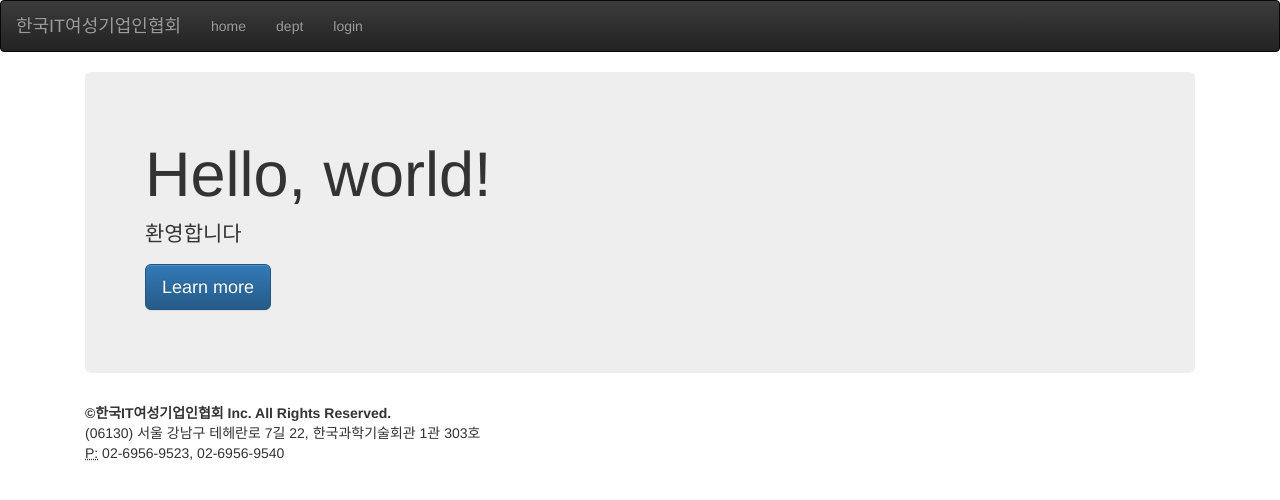
Repository: minho00123/sw-professional-training
Page: http://localhost/sts06/WEB-INF/views/index.jsp
These files come from the project's save history. The page is drawn as it stood at one moment and after the next save; the edit follows.
The browser window is 1280 px wide. The pictures show the whole page.
The page is served by Tomcat 9. Nobody is signed in. Other server files are loaded and not shown. The template is opened directly, without the code that normally fills it, so the values that code supplies are empty.

Above is the page before, as saved 2025-05-20 06:55:05.
Console error (its wording comes from the project's code and is left out).

### stsWorkspace/sts06/src/main/webapp/WEB-INF/views/index.jsp
<%@ page language="java" contentType="text/html; charset=UTF-8"
	pageEncoding="UTF-8"%>
<!DOCTYPE html>
<html>
<head>
<meta charset="UTF-8">
<title>Insert title here</title>
<%@ include file="./layout/header.jspf"%>
</head>
<body>
	<%@ include file="./layout/menu.jspf"%>
	<div class="jumbotron">
		<h1>Hello, world!</h1>
		<p>환영합니다</p>
		<p>
			<a class="btn btn-primary btn-lg" href="${pageContext.request.contextPath }/dept/" role="button">Learn
				more</a>
		</p>
	</div>
	<%@ include file="./layout/footer.jspf"%>
</body>
</html>

### stsWorkspace/sts06/src/main/webapp/WEB-INF/views/layout/header.jspf
<%@ page language="java" contentType="text/html; charset=UTF-8"
    pageEncoding="UTF-8"%>
<%@ taglib prefix="c" uri="http://java.sun.com/jsp/jstl/core"%>
<!-- Latest compiled and minified CSS -->
<link rel="stylesheet"
	href="https://cdn.jsdelivr.net/npm/bootstrap@3.4.1/dist/css/bootstrap.min.css"
	integrity="sha384-HSMxcRTRxnN+Bdg0JdbxYKrThecOKuH5zCYotlSAcp1+c8xmyTe9GYg1l9a69psu"
	crossorigin="anonymous">

<!-- Optional theme -->
<link rel="stylesheet"
	href="https://cdn.jsdelivr.net/npm/bootstrap@3.4.1/dist/css/bootstrap-theme.min.css"
	integrity="sha384-6pzBo3FDv/PJ8r2KRkGHifhEocL+1X2rVCTTkUfGk7/0pbek5mMa1upzvWbrUbOZ"
	crossorigin="anonymous">

<!-- Latest compiled and minified JavaScript -->
<script
	src="https://cdn.jsdelivr.net/npm/bootstrap@3.4.1/dist/js/bootstrap.min.js"
	integrity="sha384-aJ21OjlMXNL5UyIl/XNwTMqvzeRMZH2w8c5cRVpzpU8Y5bApTppSuUkhZXN0VxHd"
	crossorigin="anonymous"></script>

<!-- jQuery (necessary for Bootstrap's JavaScript plugins) -->
<script src="https://code.jquery.com/jquery-1.12.4.min.js"
	integrity="sha384-nvAa0+6Qg9clwYCGGPpDQLVpLNn0fRaROjHqs13t4Ggj3Ez50XnGQqc/r8MhnRDZ"
	crossorigin="anonymous"></script>

### stsWorkspace/sts06/src/main/webapp/WEB-INF/views/layout/menu.jspf
<%@ page language="java" contentType="text/html; charset=UTF-8"
    pageEncoding="UTF-8"%>
<nav class="navbar navbar-inverse">
		<div class="container-fluid">
			<div class="navbar-header">
				<a class="navbar-brand" href="${pageContext.request.contextPath }/">
					한국IT여성기업인협회 </a>
			</div>
			<div class="collapse navbar-collapse"
				id="bs-example-navbar-collapse-1">
				<ul class="nav navbar-nav">
					<li><a href="${pageContext.request.contextPath }/">home</a></li>
					<li><a href="${pageContext.request.contextPath }/dept/">dept</a></li>
					<li><a href="${pageContext.request.contextPath }/login/">login</a></li>
				</ul>
			</div>
		</div>
	</nav>
	<div class="container">
		<div class="col-md-12">
			<!-- begin -->

### stsWorkspace/sts06/src/main/webapp/WEB-INF/views/layout/footer.jspf
<%@ page language="java" contentType="text/html; charset=UTF-8"
    pageEncoding="UTF-8"%>
			<!-- end -->
		</div>
		<div class="col-md-12">
			<address>
				<strong>©한국IT여성기업인협회 Inc. All Rights Reserved.</strong><br>
				(06130) 서울 강남구 테헤란로 7길 22, 한국과학기술회관 1관 303호 <br> <abbr
					title="Phone">P:</abbr> 02-6956-9523, 02-6956-9540
			</address>
		</div>
	</div>

After the next save:
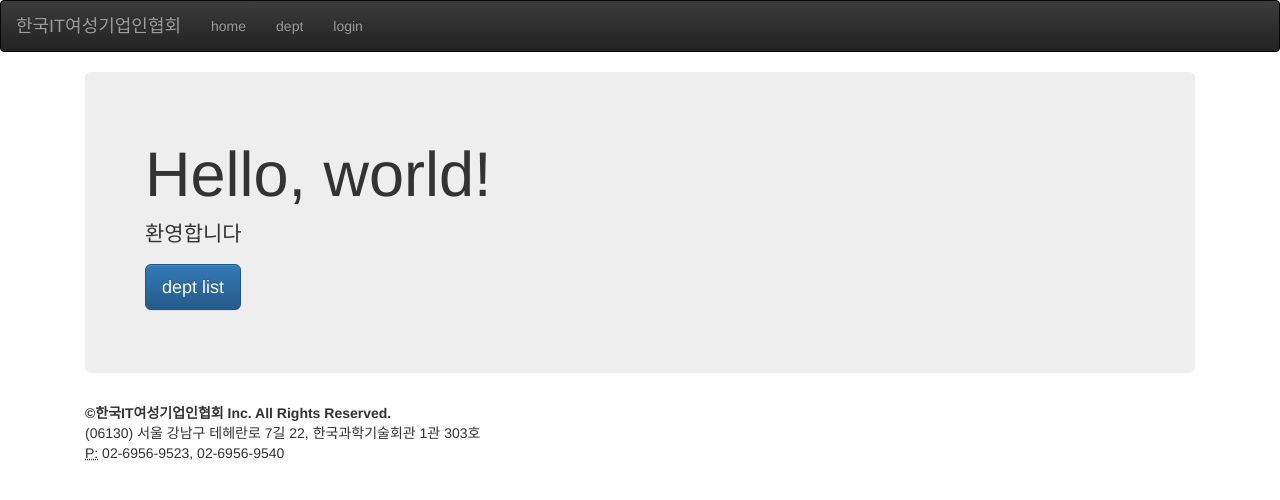
Saved 7 s later.
--- a/stsWorkspace/sts06/src/main/webapp/WEB-INF/views/index.jsp
+++ b/stsWorkspace/sts06/src/main/webapp/WEB-INF/views/index.jsp
@@ -13,8 +13,7 @@
 		<h1>Hello, world!</h1>
 		<p>환영합니다</p>
 		<p>
-			<a class="btn btn-primary btn-lg" href="${pageContext.request.contextPath }/dept/" role="button">Learn
-				more</a>
+			<a class="btn btn-primary btn-lg" href="${pageContext.request.contextPath }/dept/" role="button">dept list</a>
 		</p>
 	</div>
 	<%@ include file="./layout/footer.jspf"%>
